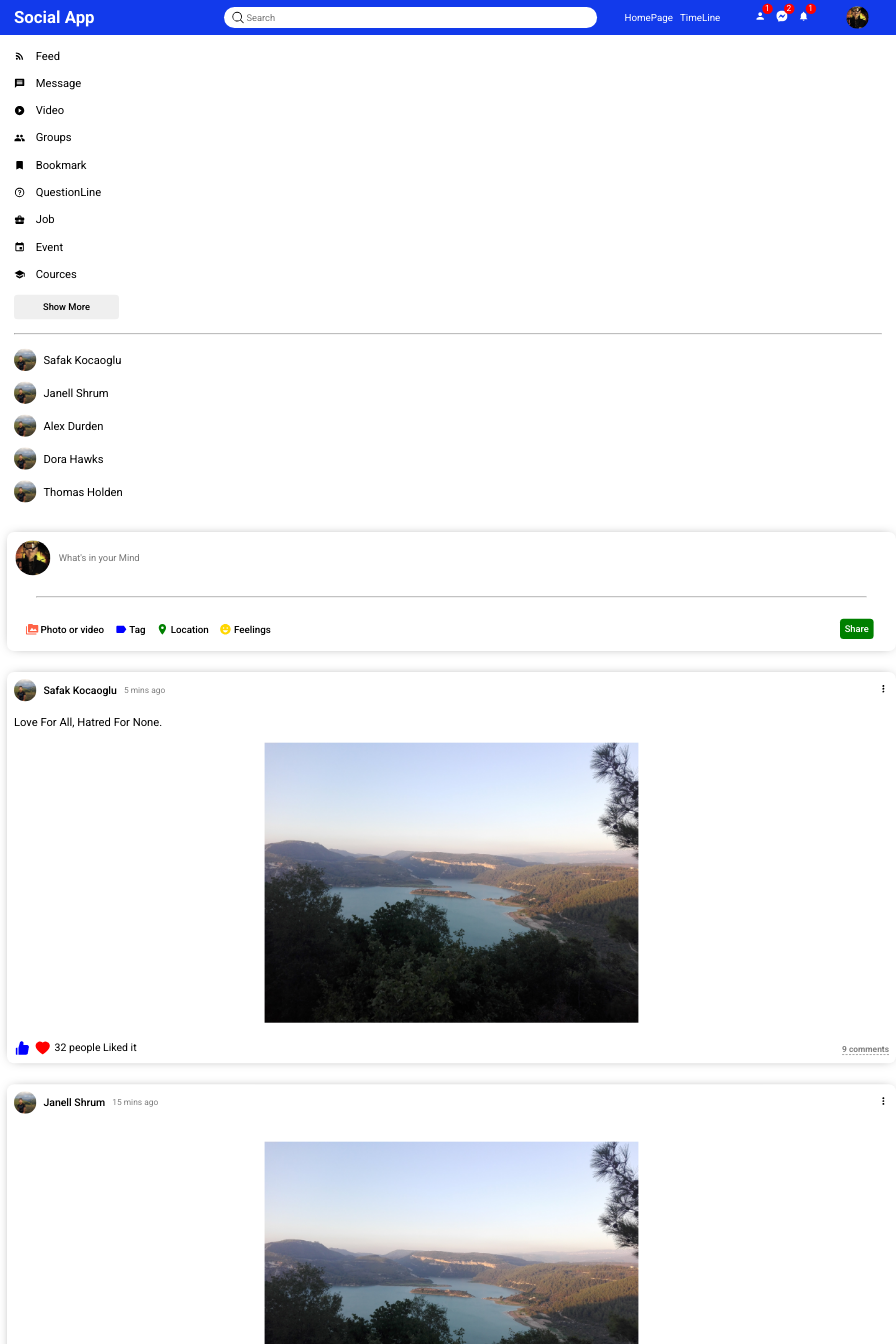
Repository: ZakariaZhlat125/Social-App
Page: /
The author's editor kept a copy of each file at every save. The page is drawn from the files as they stood at one save, then again after the next save.
The browser window is 1280 px wide. The pictures show the part of the page from y = 0 to 1920 px (the page is 7444 px tall before and 6066 px after), at 70% of full size.
An inner scrolling area shows only its first screen. The project was rebuilt for these pictures with package versions that can differ from the ones it lists, and the page was loaded fresh each time. Also part of the build but not shown: vite.config.js, src/pages/home/Home.css, src/pages/home/Home.jsx.

Above is the page before, as saved 2023-01-12 01:05:57.

After the next save:
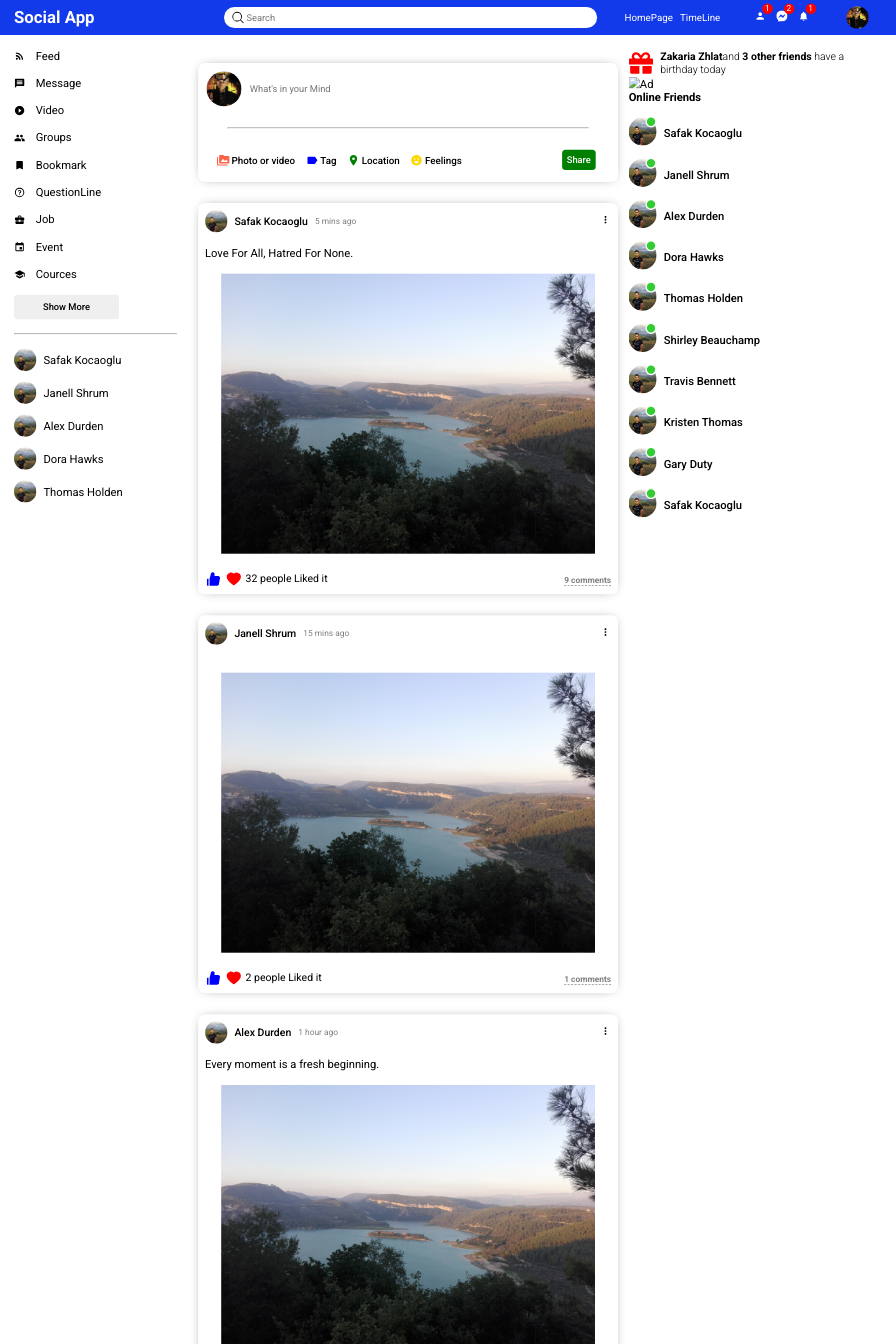
Saved 14 s later.
--- a/src/pages/profile/Profile.css
+++ b/src/pages/profile/Profile.css
@@ -1,4 +1,6 @@
-.profile{}
+.profile{
+    display: flex;
+}
 
 .prfileRight{}
 .prfileRightTop{}
